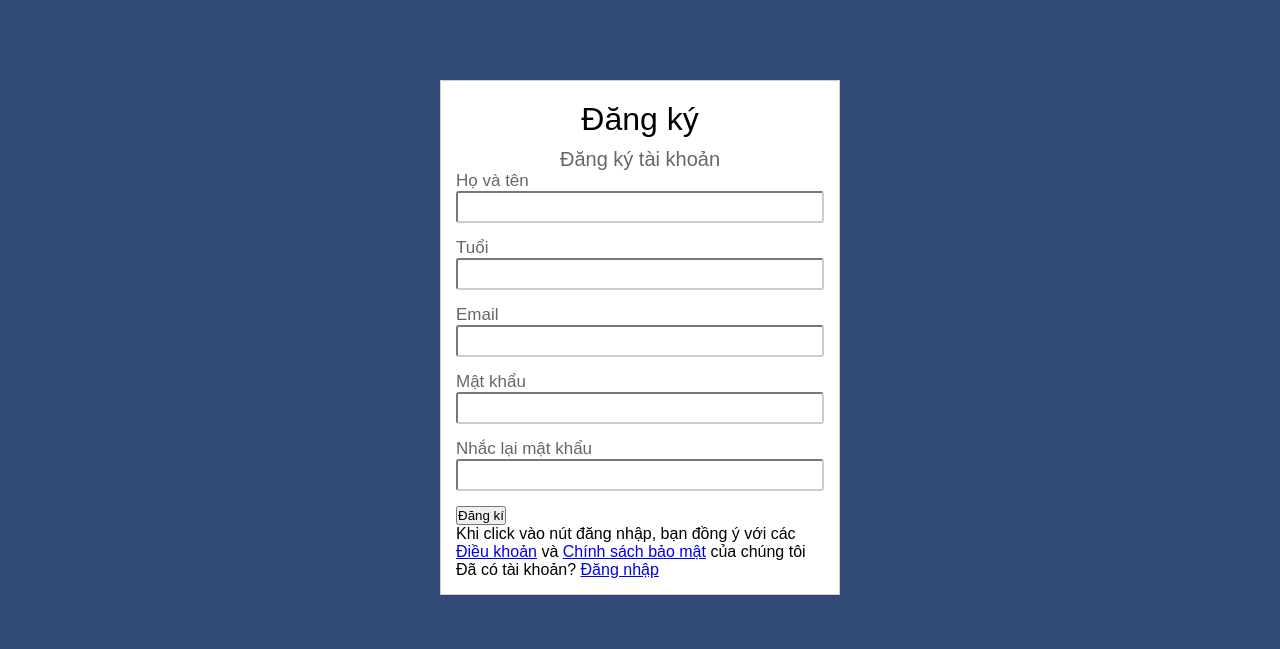
Repository: Ngoc28/HTML-CSS
Page: form/index.html
An editor plug-in stored every save of this project. The page is shown before and after the next save, followed by the edit.
The browser window is 1280 px wide. The pictures show the whole page.

Above is the page before, as saved 2023-08-05 14:54:44.

### form/index.html
<!DOCTYPE html>
<html lang="en">
<head>
    <meta charset="UTF-8">
    <meta name="viewport" content="width=device-width, initial-scale=1.0">
    <title>Register</title>
    <link rel="stylesheet" href="./styles.css">
</head>
<body>
    <div class="form">
        <form action="" class="form-register">
            <div class="heading">
                <h1 class="tieude">Đăng ký</h1>
                <p class="desc">
                    Đăng ký tài khoản
                </p>
            </div>
            <!-- text -->
            <div class="block-form name">
                <label for="hoten">Họ và tên</label>
                <input type="text" name="hoten" id="hoten">
            </div>
            <div class="block-form age">
                <label for="tuoi">Tuổi</label>
                <input type="number" name="tuoi" id="tuoi">
            </div>

            <div class="block-form email">
                <label for="email">Email</label>
                <input type="email" name="email" id="email">
            </div>
            <div class="block-form password">
                <label for="password">Mật khẩu</label>
                <input type="password" name="password" id="password">
            </div>
            <div class="block-form password">
                <label for="password">Nhắc lại mật khẩu</label>
                <input type="password" name="password" id="password">
            </div>

                <input type="submit" value="Đăng kí">
            <div class="rules">
                <p class="dieukhoan">
                    Khi click vào nút đăng nhập, bạn đồng ý với các
                    <a href="#">Điều khoản</a>
                    và
                    <a href="#">Chính sách bảo mật</a>
                    của chúng tôi
                </p>
                <p class="hasAcount">
                    Đã có tài khoản?
                    <a href="#">Đăng nhập</a>
                </p>
            </div>
        </form>
    </div>
</body>
</html>

### form/styles.css
*{
    padding: 0;
    margin: 0;
    box-sizing: border-box;
}

body {
    background: #324a76;
    font-family: Arial, Helvetica, sans-serif;
}

.form {
    display: flex;
    justify-content: center;
    align-items: center;
    margin-top: 80px;
}

.form-register {
    padding: 20px 15px 15px 15px;
    width: 400px;
    border: 1px solid #ccc;
    background: #fff;
}

.heading {
    text-align: center
}

.tieude {
    font-size: 32px;
    font-weight: 400;
    padding-bottom: 10px;
}

.desc {
    font-size: 20px;
    color: #666;
}

.block-form {
    margin-bottom: 15px;
}

.block-form label {
    display: block;
    font-size: 17px;
    color: #666;
}

.block-form input {
    width: 100%;
    padding: 5px;
    font-size: 16px;
    border-radius: 3px;
    border-color: #ccc ;
}

After the next save:
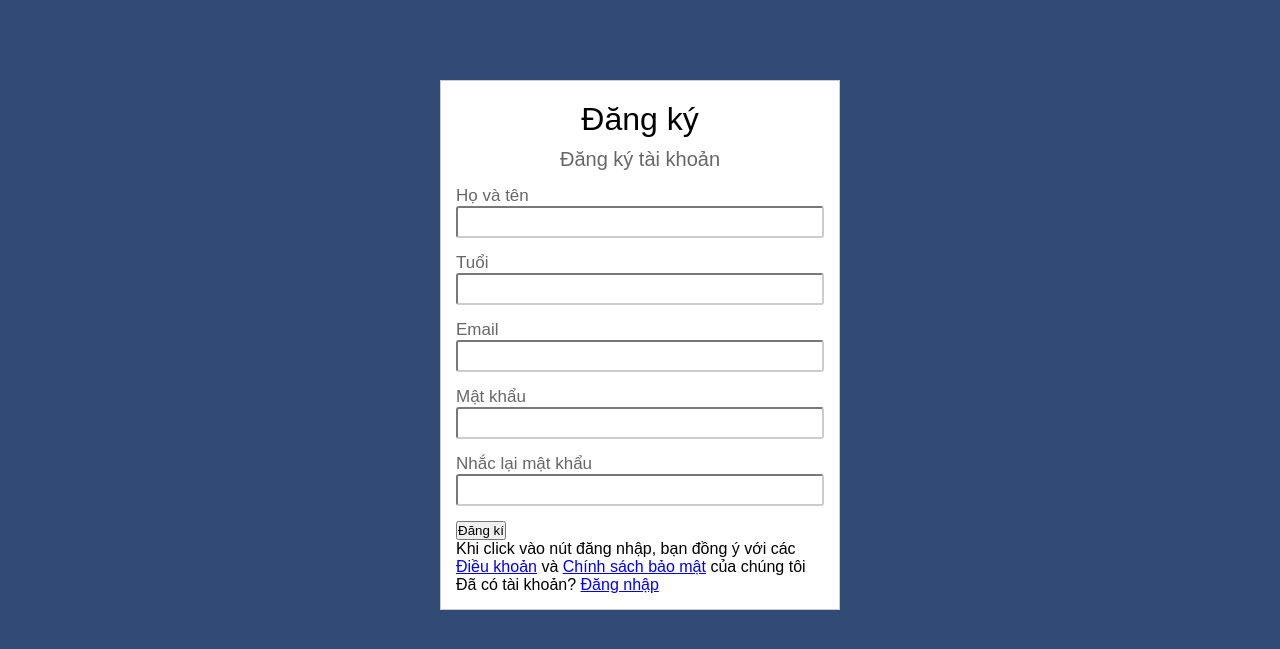
Saved 26 s later.
--- a/form/styles.css
+++ b/form/styles.css
@@ -24,7 +24,8 @@ body {
 }
 
 .heading {
-    text-align: center
+    text-align: center;
+    margin-bottom: 15px;
 }
 
 .tieude {
